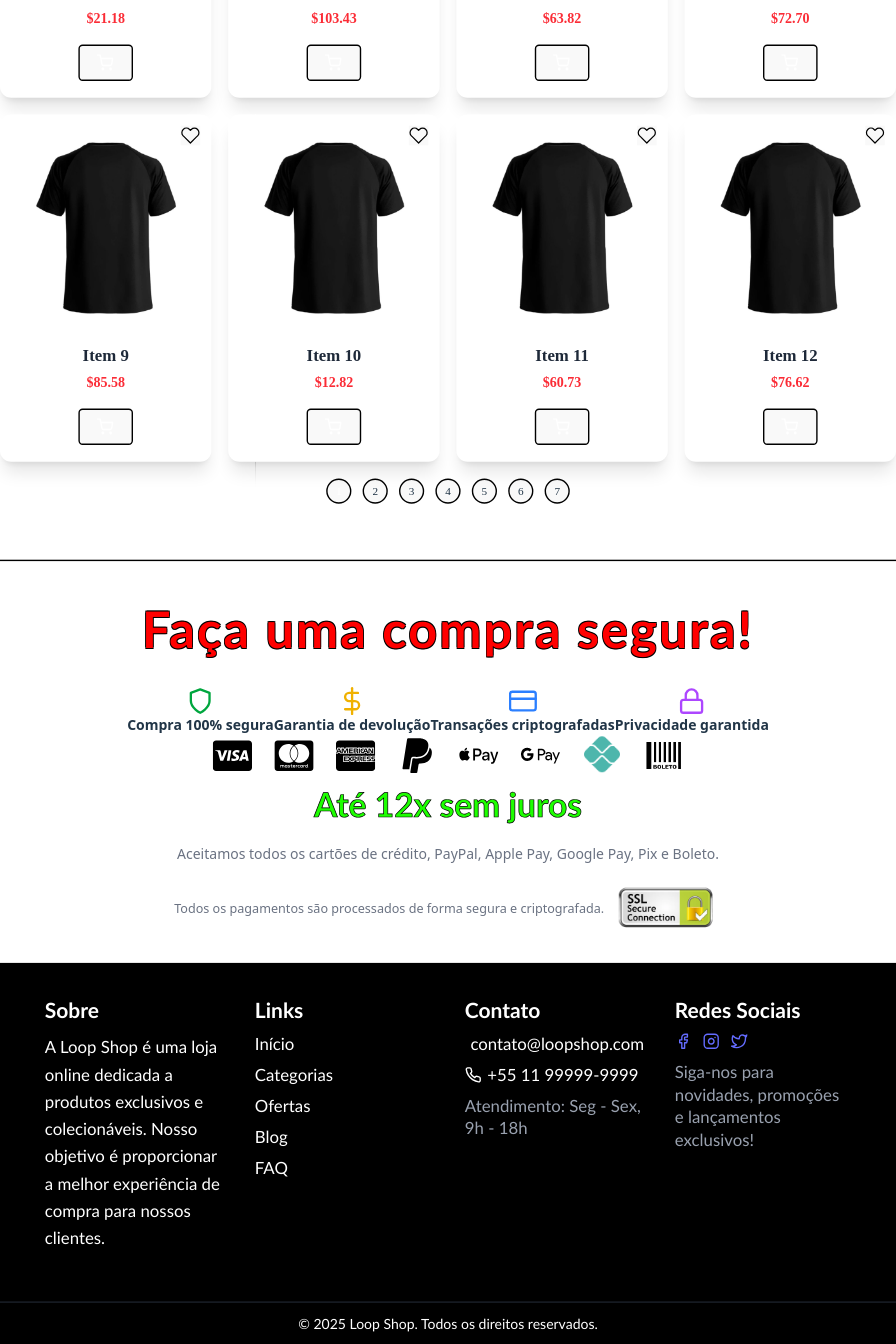
Repository: Kevin-Pro-Codes/looping-e-commerce
Page: / (app in loop-client/)
An editor plug-in stored every save of this project. The page is shown before and after the next save, followed by the edit.
The browser window is 1280 px wide. The pictures show the part of the page from y = 1392 to 3312 px (the page is 3312 px tall), at 70% of full size.
The project was rebuilt for these pictures with package versions that can differ from the ones it lists, and the page was loaded fresh each time. Also part of the build but not shown: loop-client/vite.config.js.

Above is the page before, as saved 2025-10-02 19:15:02.

### loop-client/index.html
<!doctype html>
<html lang="en">
  <head>
    <meta charset="UTF-8" />
    <link rel="icon" type="image/svg+xml" href="/vite.svg" />
    <meta name="viewport" content="width=device-width, initial-scale=1.0" />
    <title>loop-client</title>
  </head>
  <body>
    <div id="root"></div>
    <script type="module" src="/src/main.jsx"></script>
  </body>
</html>

### loop-client/src/main.jsx
import { StrictMode } from 'react'
import { createRoot } from 'react-dom/client'
import "./index.css";
import App from './App.jsx'

createRoot(document.getElementById('root')).render(
  <StrictMode>
    <App />
  </StrictMode>,
)

### loop-client/src/index.css

@import "tailwindcss";


:root {
  font-family: "Calibri, sans-serif";
  line-height: 1.5;
  font-weight: 400;

  color-scheme: light dark;
  color: white;
  background-color: white;

  font-synthesis: none;
  text-rendering: optimizeLegibility;
  -webkit-font-smoothing: antialiased;
  -moz-osx-font-smoothing: grayscale;
}

a {
  font-weight: 500;
  color: #646cff;
  text-decoration: inherit;
}
a:hover {
  color: #535bf2;
}


body {
  margin: 0;
  min-width: 320px;
  min-height: 100vh;
  /* remove display: flex, place-items, justify-content */
}

h1 {
  font-size: 3.2em;
  line-height: 1.1;
}

/* Scrollbar track size */
html::-webkit-scrollbar,
body::-webkit-scrollbar {
  width: 8px;   /* vertical scrollbar */
  height: 8px;  /* horizontal scrollbar */

}

ul::-webkit-scrollbar {
  width: 6px; /* Adjust thickness */
}

/* Scrollbar track (background bar) */
html::-webkit-scrollbar-track,
body::-webkit-scrollbar-track
{
  background-color: rgba(0, 0, 0, 0.05); /* light gray or transparent */
  border-radius: 9999px;
}

ul::-webkit-scrollbar-track {

  border-radius: 9999px;
}

ul::-webkit-scrollbar-thumb {
  background-color: #000; /* totally black */
  border-radius: 9999px;
  border: 2px solid rgba(0, 0, 0, 0.76); /* optional: padding effect */
}

/* Scrollbar thumb (draggable part) */
html::-webkit-scrollbar-thumb,
body::-webkit-scrollbar-thumb {
  background: linear-gradient(
    135deg,
    #ff0000,  /* red */
    #ff7f00,  /* orange */
    #ffff00,  /* yellow */
    #00ff00,  /* green */
    #0000ff,  /* blue */
    #8b00ff   /* violet */
  );
  border-radius: 9999px;
  border: 2px solid rgb(0, 0, 0); /* optional: padding effect */

}



/* Optional: hover effect for thumb */
html::-webkit-scrollbar-thumb:hover,
body::-webkit-scrollbar-thumb:hover,
ul::-webkit-scrollbar-thumb:hover {
  background-color: #000; /* stay black on hover */
}



/* Drawer scrollbar */
.drawer-scroll::-webkit-scrollbar {
  width: 6px;   /* slightly larger for outlined style */
}


/* Thumb with extreme rounded ends + outline */
.drawer-scroll::-webkit-scrollbar-thumb {

  border-radius: 9999px;          /* capsule / pill shape */
  border: 2px solid black;
}

/* Hover */
.drawer-scroll::-webkit-scrollbar-thumb:hover {
  background-color: #222;
}




@keyframes scaleInOut {
  0% {
    transform: scale(1);
  }
  50% {
    transform: scale(1.15); /* zoom in */
  }
  100% {
    transform: scale(1); /* back to normal */
  }
}

.animate-scaleSlow {
  animation: scaleInOut 12s ease-in-out infinite;
  transform-origin: bottom center; /* <-- crucial */
}




/*
button {
  border-radius: 8px;
  border: 1px solid transparent;
  padding: 0.6em 1.2em;
  font-size: 1em;
  font-weight: 500;
  font-family: inherit;
  background-color: orange;
  cursor: pointer;
  transition: border-color 0.25s;
}

button:hover {
  border-color: #646cff;
}
button:focus,
button:focus-visible {
  outline: 4px auto -webkit-focus-ring-color;
}
*/
@media (prefers-color-scheme: light) {
  :root {
    color: #213547;
    background-color: #ffffff;
  }
  a:hover {
    color: #747bff;
  }
  button {
    background-color: #f9f9f9;
  }
}

### loop-client/src/App.jsx
import React, { useState } from "react";
import Navbar from "./components/Navbar";
import Footer from "./components/Footer";
import Pagamento from "./components/Pagamento";
import modelTshirt from "./assets/model-tshirt.png";
import showImage from "./assets/bigbg.png";
import kurt from "./assets/kurt.png";
import { FiHeart, FiShoppingCart } from "react-icons/fi";

// Items for the grid
const items = Array.from({ length: 80 }, (_, i) => ({
  id: i + 1,
  title: `Item ${i + 1}`,
  price: `$${(Math.random() * 100 + 10).toFixed(2)}`,
  image: modelTshirt,
}));

// Banner combos
const bannerCombos = [
  { bg: showImage, overlay: kurt, animated: true },
  { bg: "green", overlay: null, animated: true },
  { bg: "green", overlay: null, animated: true },
];

function App() {
  const [currentBanner, setCurrentBanner] = useState(0);
  const [favorites, setFavorites] = useState([]);
  const [currentPage, setCurrentPage] = useState(1);

  const itemsPerPage = 12;
  const totalPages = Math.ceil(items.length / itemsPerPage);

  const toggleFavorite = (id) => {
    setFavorites((prev) =>
      prev.includes(id) ? prev.filter((fid) => fid !== id) : [...prev, id]
    );
  };

  // Slice items for current page
  const pagedItems = items.slice(
    (currentPage - 1) * itemsPerPage,
    currentPage * itemsPerPage
  );


  return (
    <div className="flex flex-col min-h-screen">
      <Navbar />

     <main className="flex-1 bg-white pt-[130px] lg:pt-[95px]">

        {/* Banner Carousel */}
        <div className="
  relative w-full
  h-[60vh]        /* default: mobile */
  sm:h-[80vh]      /* small devices ≥640px */
  md:h-[70vh]      /* medium devices ≥768px */
  lg:h-[60vh]      /* large devices ≥1024px */
  xl:h-[55vh]      /* extra-large devices ≥1280px */
  2xl:h-[50vh]     /* ultra-large devices ≥1536px */
  rounded-xl overflow-hidden border-b-4 border-black
">

          {bannerCombos[currentBanner].bg === "green" ? (
            <div
              className="w-full h-full transition-transform duration-700 ease-in-out animate-scaleSlow opacity-50"
              style={{ backgroundColor: "green" }}
            />
          ) : (
            <img
              src={bannerCombos[currentBanner].bg}
              alt="Shop Banner"
              className={`w-full h-full object-cover transition-transform duration-700 ease-in-out ${
                bannerCombos[currentBanner].animated
                  ? "animate-scaleSlow opacity-50"
                  : ""
              }`}
            />
          )}

          {bannerCombos[currentBanner].overlay && (
            <img
              src={bannerCombos[currentBanner].overlay}
              alt="Overlay"
              className="absolute bottom-0 left-1/2 transform -translate-x-1/2 w-[35%] md:w-[21%] sm:w-[15%] object-contain animate-scaleSlow"
              style={{ maxHeight: "63%" }}
            />
          )}

          {/* Dots */}
          <div className="absolute bottom-4 left-1/2 transform pl-3 -translate-x-1/2 flex space-x-3">
            {bannerCombos.map((_, idx) => (
              <button
                key={idx}
                className={`w-4 h-4 rounded-full transition-colors duration-300 ${
                  idx === currentBanner ? "bg-red-500" : "bg-gray-400"
                }`}
                onClick={() => setCurrentBanner(idx)}
              />
            ))}
          </div>
        </div>

        {/* Grid of items */}
        <div className="grid grid-cols-1 sm:grid-cols-2 md:grid-cols-4 gap-6 w-full max-w-[1650px] mx-auto mt-6">
          {pagedItems.map((item) => {
            const isFavorited = favorites.includes(item.id);

            return (
              <div
                key={item.id}
                className="relative bg-white rounded-2xl shadow-xl flex flex-col items-center p-6 hover:scale-105 transition-transform duration-300"
                style={{ minHeight: "450px" }}
              >
                {/* Heart */}
                <button
                  className="absolute top-4 right-4 transition-colors duration-300"
                  onClick={() => toggleFavorite(item.id)}
                >
                  <FiHeart
                    size={28}
                    style={{
                      stroke: "black",
                      strokeWidth: 1.5,
                      fill: isFavorited ? "red" : "none",
                    }}
                  />
                </button>

                <img
  src={item.image}
  alt={item.title}
  className="w-full h-[280px] object-contain rounded-xl mb-6"
/>
                <h2 className="text-xl sm:text-2xl font-bold mb-2 text-gray-800 text-center">
                  {item.title}
                </h2>
                <p className="text-red-500 font-semibold mb-4 text-lg sm:text-xl text-center">
                  {item.price}
                </p>
                <div className="w-full flex justify-center mt-2">
                  <button className="flex items-center justify-center bg-red-500 text-white px-6 py-3 rounded-md border-2 border-black hover:bg-red-600 transition-colors">
                    <FiShoppingCart className="text-2xl mr-0.5" />
                  </button>
                </div>
              </div>
            );
          })}
        </div>

        {/* Pagination */}
        <div className="flex justify-center space-x-4 mt-6 mb-20">
          {Array.from({ length: totalPages }, (_, idx) => (
            <button
              key={idx}
              onClick={() => setCurrentPage(idx + 1)}
              className={`px-3 py-1 rounded-full border-2 border-black transition-colors ${
                currentPage === idx + 1 ? "bg-red-500 text-white" : "bg-white"
              }`}
            >
              {idx + 1}
            </button>
          ))}
        </div>
      </main>

      <Pagamento />
      <Footer />
    </div>
  );
}

export default App;

### loop-client/src/components/Navbar.jsx
import React, { useState } from "react";
import { FiShoppingCart, FiMenu, FiUser, FiSearch } from "react-icons/fi";

import logo from '../assets/logo.png';
import enFlag from "../assets/eng.png";
import ptFlag from "../assets/pt.png";

const categories = [
  "Rock and roll", "Games", "Desenhos", "Super-heróis", "Filmes", "Futebol", "Basquete", "Luta", "Motociclismo",
  "Tecnologia", "Profissões", "Países",
  "Dinheiro", "Engraçados", "Feminino", "Psicodélico", "Psicodélicos", "Yoga", "Espiritualidade", "Aleatório"
];

const Navbar = () => {
  const [menuOpen, setMenuOpen] = useState(false);
  const [language, setLanguage] = useState("en"); // Track language


  const toggleLanguage = () => {
    setLanguage(prev => (prev === "en" ? "pt" : "en"));
  };

  const currentFlag = language === "en" ? enFlag : ptFlag;

  return (
    <>
    <nav className="bg-white shadow-md fixed top-0 left-0 w-full z-50">

{/* Top navbar */}
<div className="flex flex-col sm:flex-row justify-between sm:items-center pt-2 pb-2">

  {/* Logo + Title */}
  <div className="flex items-center space-x-2 flex-shrink-0">
    <img
      src={logo}
      alt="Logo"
      className="h-10 w-auto sm:h-12 p-0 align-middle block"
    />
    <span
     className="font-bold text-3xl sm:text-3xl md:text-3xl lg:text-4xl tracking-wide leading-tight text-transparent whitespace-nowrap truncate"

      style={{ fontFamily: "Calibri, sans-serif", WebkitTextStroke: "0.05em black" }}
    >
      Loop Shop
    </span>
  </div>

  {/* Flag + Search + Icons */}
  <div className="flex flex-col sm:flex-row sm:ml-5 ml-4 mt-2 sm:mt-0 w-full sm:w-auto">
    <div className="flex items-center space-x-2 sm:space-x-3 w-full sm:w-auto">
      {/* Flag */}
      <img
        src={currentFlag}
        alt={language === "en" ? "English" : "Português"}
        className="h-10 w-10 sm:h-12 sm:w-12 object-cover cursor-pointer"
        onClick={toggleLanguage}
      />

      {/* Search box */}
      <div className="relative flex-1 min-w-[150px] max-w-[350px] sm:max-w-[500px] w-full">
        <FiSearch className="absolute left-3 top-1/2 transform -translate-y-1/2 text-black text-lg sm:text-xl" />
        <input
          type="text"
          placeholder="Procurar..."
          className="w-full border border-black rounded-md py-2 sm:py-3 pl-10 pr-3 focus:outline-none focus:ring-1 focus:ring-black text-black placeholder-black text-base sm:text-lg"
        />
      </div>

      {/* Cart + Profile */}
      <div className="flex items-center space-x-2 sm:space-x-3 mt-2 sm:mt-0">
        <button className="relative sm:p-3 rounded-full hover:bg-gray-100">
          <FiShoppingCart className="text-2xl sm:text-3xl text-black" />
          <span className="absolute -top-1 -right-1 bg-red-500 text-white text-xs sm:text-sm font-bold rounded-full w-5 h-5 sm:w-6 sm:h-6 flex items-center justify-center">
            5
          </span>
        </button>

        <button className="p-2 sm:p-3 mr-5 rounded-full hover:bg-gray-100">
          <FiUser className="text-2xl sm:text-3xl text-black" />
        </button>
      </div>
    </div>
  </div>




</div>




{/* Second navbar: Hamburger + items */}
<div
  className="w-full flex items-center pl-0 pr-4 sm:pl-1 sm:pr-6 py-1 border-t-1 shadow-inner bg-black"
>


  {/* Hamburger button - always visible */}
  <button
    className="p-0 m-0 flex items-center justify-center rounded-full group"
    onClick={() => setMenuOpen(true)}
  >
    <FiMenu
      className="text-white text-3xl sm:text-4xl md:text-5xl pl-1 leading-none transition-colors duration-300 group-hover:text-yellow-400"
    />
  </button>

  {/* Horizontal items - hidden on mobile, shown from sm */}
  <div className="ml-4 hidden sm:flex flex-wrap gap-4 overflow-x-auto items-center justify-center whitespace-nowrap">
    {["CAMISETAS","REGATAS","BLUSAS","SHORTS","FEMININAS","BONÉS","CHINELOS", "TAPETES", "CANECAS", "INGRESSOS"].map((item, idx) => (
      <span
        key={idx}
        className="text-white text-sm sm:text-base md:text-lg mr-5 ml-2 hover:text-yellow-400 cursor-pointer font-sans"
        style={{ fontFamily: 'Calibri, sans-serif' }}
      >
        {item}
      </span>
    ))}
  </div>


</div>
</nav>

   {/* Left-side menu drawer */}
{menuOpen && (
  <div className="fixed top-0 left-0 h-full bg-white shadow-xl z-50 rounded-xl w-full sm:w-2/3 md:w-1/2 lg:w-5/12 xl:w-1/4 flex flex-col p-6">

    {/* Header: Menu title + Close button */}
    <div className="flex justify-between items-center p-4 border-b flex-shrink-0">
      <h2
        className="font-bold text-4xl sm:text-5xl leading-tight whitespace-nowrap"
        style={{ fontFamily: "Calibri, sans-serif", color: "black" }}
      >
        Categorias
      </h2>

      {/* Close button */}
       <button
      onClick={() => setMenuOpen(false)}
      className="absolute top-11 right-3 rounded-full transition "
    >
        <div style={{ position: "relative", width: "2.3rem", height: "2.3rem" }}>
          <div
            style={{
              position: "absolute",
              top: "50%",
              left: "50%",
              width: "100%",
              height: "0.3rem",
              backgroundColor: "red",
              borderRadius: "9999px",
              transform: "translate(-50%, -50%) rotate(45deg)",
              border: "1px solid black",
            }}
          />
          <div
            style={{
              position: "absolute",
              top: "50%",
              left: "50%",
              width: "100%",
              height: "0.3rem",
              backgroundColor: "red",
              borderRadius: "9999px",
              transform: "translate(-50%, -50%) rotate(-45deg)",
              border: "1px solid black",
            }}
          />
        </div>
      </button>
    </div>

    {/* Category list */}
    <div className="flex-1 overflow-y-auto drawer-scroll">
      <ul className="p-3 space-y-3">
        {categories.map((cat, index) => (
          <li
            key={index}
            className="p-2 rounded cursor-pointer text-black text-xl md:text-3xl"
            style={{ fontFamily: "Calibri, sans-serif" }}
          >
            {cat}
          </li>
        ))}
      </ul>
    </div>
  </div>




)}

    </>
  );
};

export default Navbar;

### loop-client/src/components/Footer.jsx
import React from "react";
import { FiFacebook, FiInstagram, FiTwitter, FiMail, FiPhone } from "react-icons/fi";

const Footer = () => {
  return (
    <footer className="bg-black text-white w-full mt-12" style={{ fontFamily: "Calibri, sans-serif" }}>
      <div className="w-full px-6 md:px-16 py-12 grid grid-cols-1 md:grid-cols-4 gap-12">

        {/* Sobre Nós */}
        <div>
          <h3 className="text-3xl font-bold mb-4">Sobre</h3>
          <p className="text-white text-2xl leading-relaxed">
            A Loop Shop é uma loja online dedicada a produtos exclusivos e colecionáveis.
            Nosso objetivo é proporcionar a melhor experiência de compra para nossos clientes.
          </p>
        </div>

        {/* Links Rápidos */}
        <div>
          <h3 className="text-3xl font-bold mb-4">Links</h3>
          <ul className="space-y-3 text-2xl">
            <li className="hover:text-yellow-400 cursor-pointer transition-colors">Início</li>
            <li className="hover:text-yellow-400 cursor-pointer transition-colors">Categorias</li>
            <li className="hover:text-yellow-400 cursor-pointer transition-colors">Ofertas</li>
            <li className="hover:text-yellow-400 cursor-pointer transition-colors">Blog</li>
            <li className="hover:text-yellow-400 cursor-pointer transition-colors">FAQ</li>
          </ul>
        </div>

        {/* Contato */}
        <div>
          <h3 className="text-3xl font-bold mb-4">Contato</h3>
          <ul className="space-y-3 text-2xl">
            <li className="flex items-center gap-2 text-white">
              <FiMail /> contato@loopshop.com
            </li>
            <li className="flex items-center gap-2 text-white">
              <FiPhone /> +55 11 99999-9999
            </li>
            <li className="text-gray-400 text-2xl mt-2">
              Atendimento: Seg - Sex, 9h - 18h
            </li>
          </ul>
        </div>

        {/* Redes Sociais */}
        <div>
          <h3 className="text-3xl font-bold mb-4">Redes Sociais</h3>
          <div className="flex gap-4 mb-4">
            <a href="#" className="hover:text-yellow-400 transition-colors text-white"><FiFacebook size={24} /></a>
            <a href="#" className="hover:text-yellow-400 transition-colors text-white"><FiInstagram size={24} /></a>
            <a href="#" className="hover:text-yellow-400 transition-colors text-white"><FiTwitter size={24} /></a>
          </div>
          <p className="text-gray-400 text-2xl">
            Siga-nos para novidades, promoções e lançamentos exclusivos!
          </p>
        </div>

      </div>

      {/* Linha de copyright */}
      <div className="border-t border-gray-700 mt-6">
        <p className="text-white text-center py-4 text-xl">
          &copy; {new Date().getFullYear()} Loop Shop. Todos os direitos reservados.
        </p>
      </div>
    </footer>
  );
};

export default Footer;

### loop-client/src/components/Pagamento.jsx
import React from "react";
import { FiShield, FiCreditCard, FiDollarSign, FiLock } from "react-icons/fi";
import {
  FaPaypal,
  FaCcVisa,
  FaCcMastercard,
  FaCcAmex,
  FaApplePay,
  FaGooglePay,
} from "react-icons/fa";
import sslImg from "../assets/ssl.png";
import pixImg from "../assets/pix.png";
import boletoImg from "../assets/boleto.png";

const Pagamento = () => {
  return (
    <section className="w-full font-sans">
      {/* Black bar on top */}
      <div className="w-full h-0.5 bg-black mb-15" />

      {/* Main white section */}
      <div className="bg-white w-full px-6 md:px-24">
        {/* Título */}
   <h2
  className="text-7xl font-bold text-center mb-12"
  style={{
    fontFamily: "Calibri, sans-serif",
    color: "red",
    letterSpacing: "3px", // <-- Add this line for spacing between letters
    textShadow: `
      -1px -1px 0 #000,
       1px -1px 0 #000,
      -1px  1px 0 #000,
       1px  1px 0 #000
    `
  }}
>
  Faça uma compra segura!
</h2>



      {/* Selos de segurança */}
<div className="flex flex-row items-center justify-center text-center">
  <div className="flex flex-col items-center gap-0">
    <FiShield size={40} className="text-green-600" />
    <p className="text-xl font-semibold m-0">Compra 100% segura</p>
  </div>
  <div className="flex flex-col items-center gap-0">
    <FiDollarSign size={40} className="text-yellow-500" />
    <p className="text-xl font-semibold m-0">Garantia de devolução</p>
  </div>
  <div className="flex flex-col items-center gap-0">
    <FiCreditCard size={40} className="text-blue-500" />
    <p className="text-xl font-semibold m-0">Transações criptografadas</p>
  </div>
  <div className="flex flex-col items-center gap-0">
    <FiLock size={40} className="text-purple-500" />
    <p className="text-xl font-semibold m-0">Privacidade garantida</p>
  </div>
</div>

        {/* Formas de pagamento */}
        <div className="flex flex-row flex-wrap items-center justify-center gap-8 mb-4">
          <FaCcVisa size={56} className="text-black" />
          <FaCcMastercard size={56} className="text-black" />
          <FaCcAmex size={56} className="text-black" />
          <FaPaypal size={56} className="text-black" />
          <FaApplePay size={56} className="text-black" />
          <FaGooglePay size={56} className="text-black" />
           {/* Pix */}
  <div className="flex flex-col items-center">
    <img src={pixImg} alt="Pix" className="w-14 h-14" />
    <span className="mt-1 text-sm font-semibold text-green-700"></span>
  </div>

  {/* Boleto */}
  <div className="flex flex-col items-center">
    <img src={boletoImg} alt="Boleto" className="w-14 h-14" />
    <span className="mt-1 text-sm font-semibold text-blue-700"></span>
  </div>
</div>

        {/* 12x sem juros message */}
        <div className="text-center mb-8">
          <p
            className="text-4xl md:text-5xl font-semibold"
            style={{
              fontFamily: "Calibri, sans-serif",
              color: "#1eff00ff",
              WebkitTextStroke: "1px black",
              textStroke: "1px black",
            }}
          >
            Até 12x sem juros
          </p>
        </div>

        {/* Parcelamento e destaque */}
        <div className="text-center mb-8">
          <p className="text-gray-500 text-lg md:text-xl">
            Aceitamos todos os cartões de crédito, PayPal, Apple Pay, Google Pay, Pix e Boleto.
          </p>
        </div>

        {/* Observação com selo SSL */}
        <div className="flex items-center justify-center gap-2">
          <p className="text-center text-gray-500 text-base md:text-lg">
            Todos os pagamentos são processados de forma segura e criptografada.
          </p>
          <img src={sslImg} alt="SSL Secure" className="w-40 h-auto" />
        </div>
      </div>
    </section>
  );
};

export default Pagamento;

After the next save:
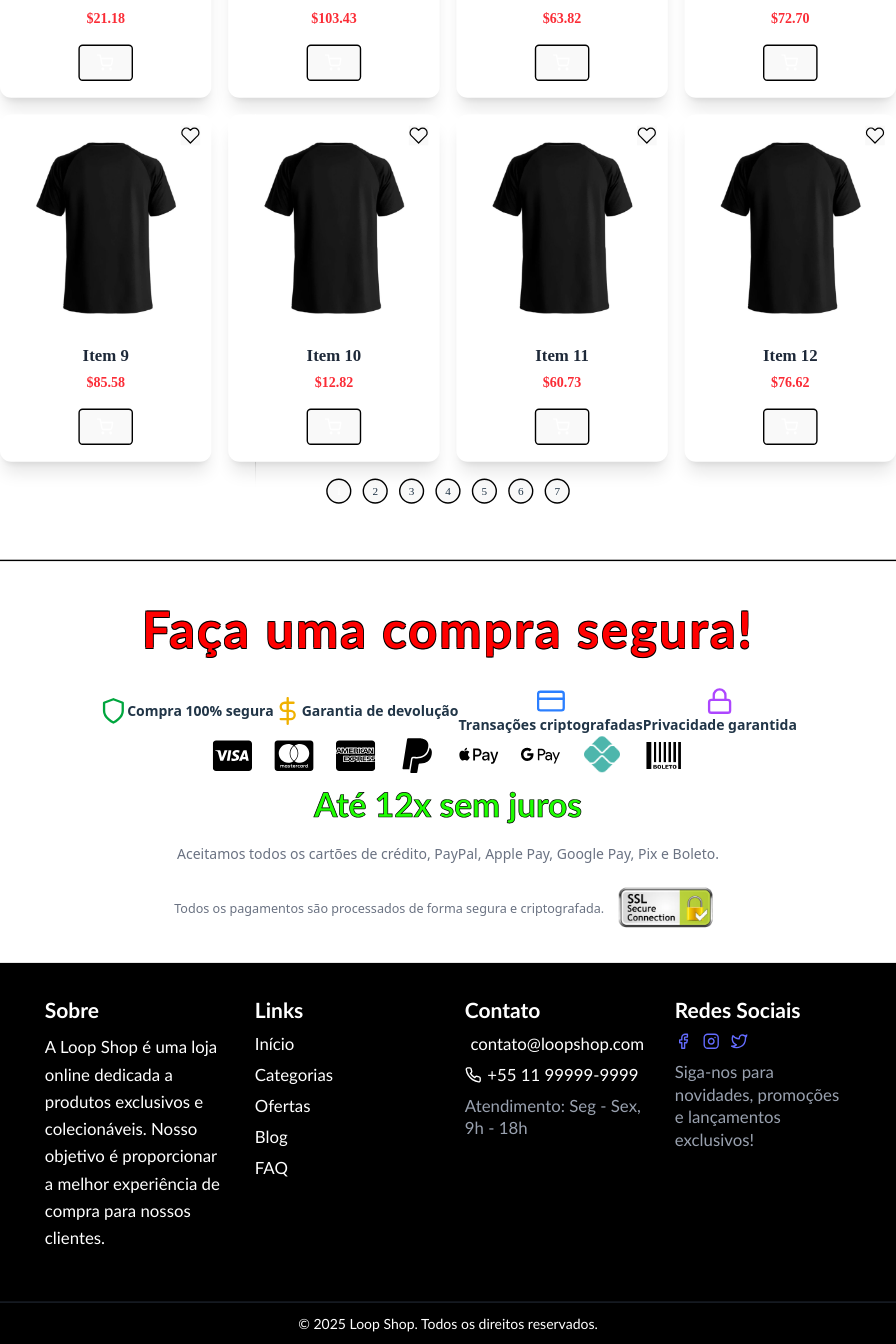
Saved 9 s later.
--- a/loop-client/src/components/Pagamento.jsx
+++ b/loop-client/src/components/Pagamento.jsx
@@ -42,11 +42,11 @@ const Pagamento = () => {
 
       {/* Selos de segurança */}
 <div className="flex flex-row items-center justify-center text-center">
-  <div className="flex flex-col items-center gap-0">
+  <div className="flex flex-row items-center gap-0">
     <FiShield size={40} className="text-green-600" />
     <p className="text-xl font-semibold m-0">Compra 100% segura</p>
   </div>
-  <div className="flex flex-col items-center gap-0">
+  <div className="flex flex-row items-center gap-0">
     <FiDollarSign size={40} className="text-yellow-500" />
     <p className="text-xl font-semibold m-0">Garantia de devolução</p>
   </div>
